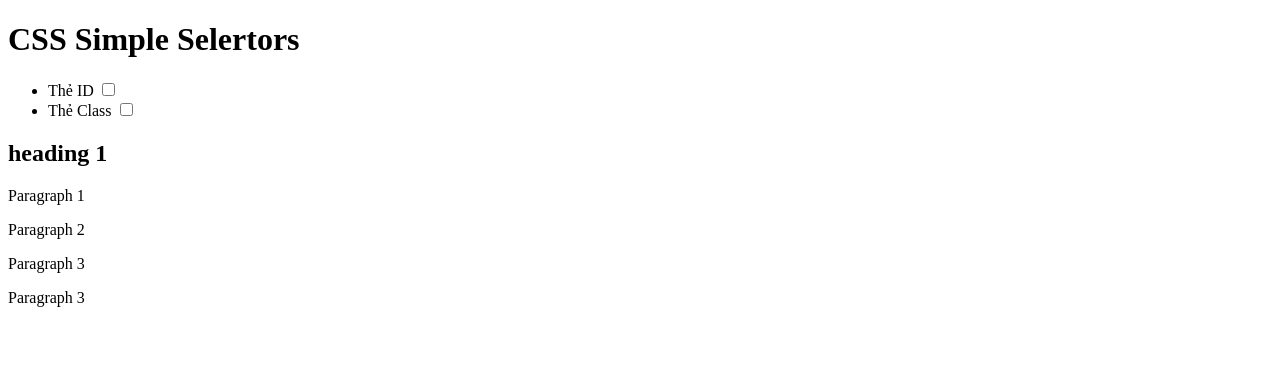
Repository: phanvu0103/HTML-CSS
Page: CSS_24_CSS-Selertors-là_gì/04_Simple_Selertors_2/index.html
The author's editor kept a copy of each file at every save. The page is drawn from the files as they stood at one save, then again after the next save.
The browser window is 1280 px wide. The pictures show the whole page.

Above is the page before, as saved 2022-10-19 13:04:58.

### CSS_24_CSS-Selertors-là_gì/04_Simple_Selertors_2/index.html
<!DOCTYPE html>
<html lang="en">
  <head>
    <meta charset="UTF-8" />
    <meta name="viewport" content="width=device-width, initial-scale=1.0" />
    <link rel="stylesheet" href="./style.css" />
    <title>ID VÀ CLASS</title>
  </head>
  <body>
    <h1>CSS Simple Selertors</h1>
    <ul>
      <li>
        Thẻ ID
        <input type="checkbox" />
      </li>
      <li>
        Thẻ Class
        <input type="checkbox" />
      </li>
    </ul>
    <h2>heading 1</h2>
    <p id="heading">Paragraph 1</p>
    <p class="color-red large">Paragraph 2</p>
    <p class="color-red">Paragraph 3</p>
    <p class="large">Paragraph 3</p>
  </body>
</html>

Loaded but not shown: CSS_24_CSS-Selertors-là_gì/04_Simple_Selertors_2/style.css (no stored copy; drawn as an empty file)

After the next save:
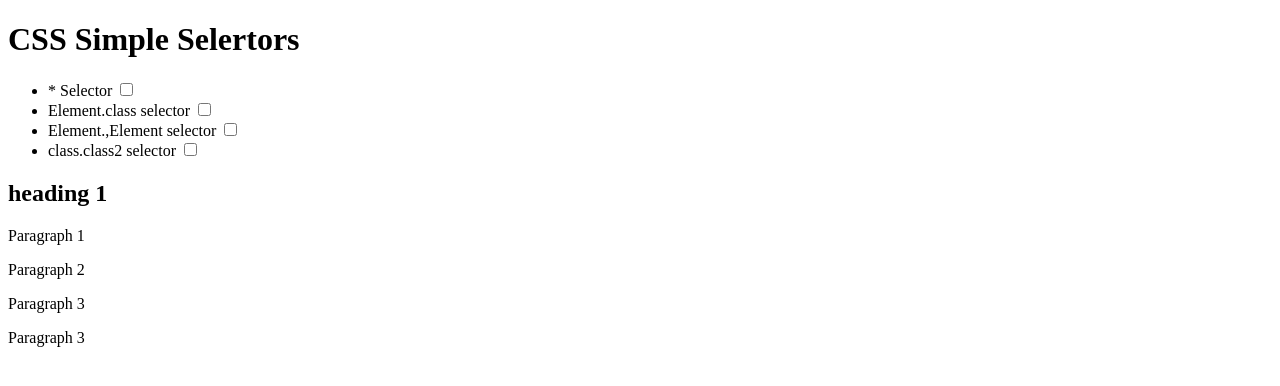
Saved 2 min 7 s later.
--- a/CSS_24_CSS-Selertors-là_gì/04_Simple_Selertors_2/index.html
+++ b/CSS_24_CSS-Selertors-là_gì/04_Simple_Selertors_2/index.html
@@ -10,11 +10,19 @@
     <h1>CSS Simple Selertors</h1>
     <ul>
       <li>
-        Thẻ ID
+        * Selector
         <input type="checkbox" />
       </li>
       <li>
-        Thẻ Class
+        Element.class selector
+        <input type="checkbox" />
+      </li>
+      <li>
+        Element.,Element selector
+        <input type="checkbox" />
+      </li>
+      <li>
+        class.class2 selector
         <input type="checkbox" />
       </li>
     </ul>
